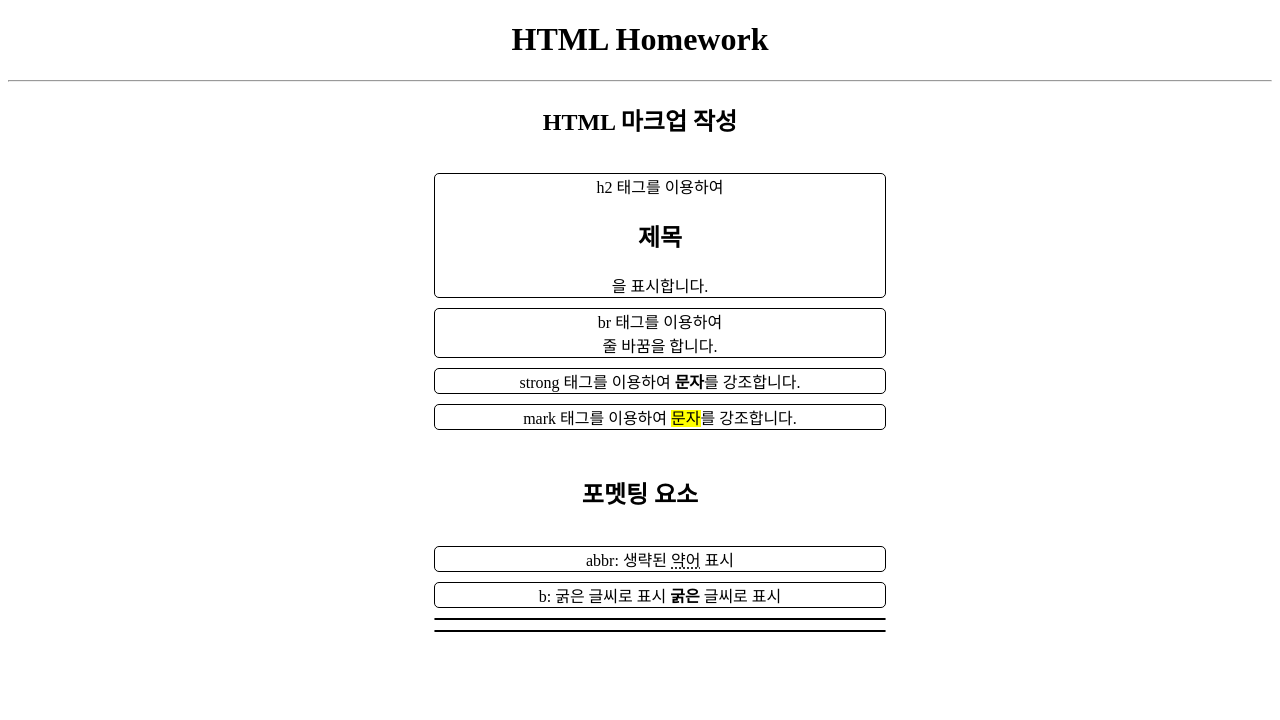
Repository: Cheol-Cheol/KOSA
Page: Kcc_web/Html/WebContent/mission/homework.html
The author's editor kept a copy of each file at every save. The page is drawn from the files as they stood at one save, then again after the next save.
The browser window is 1280 px wide. The pictures show the whole page.

Above is the page before, as saved 2024-07-08 10:51:51.

After the next save:
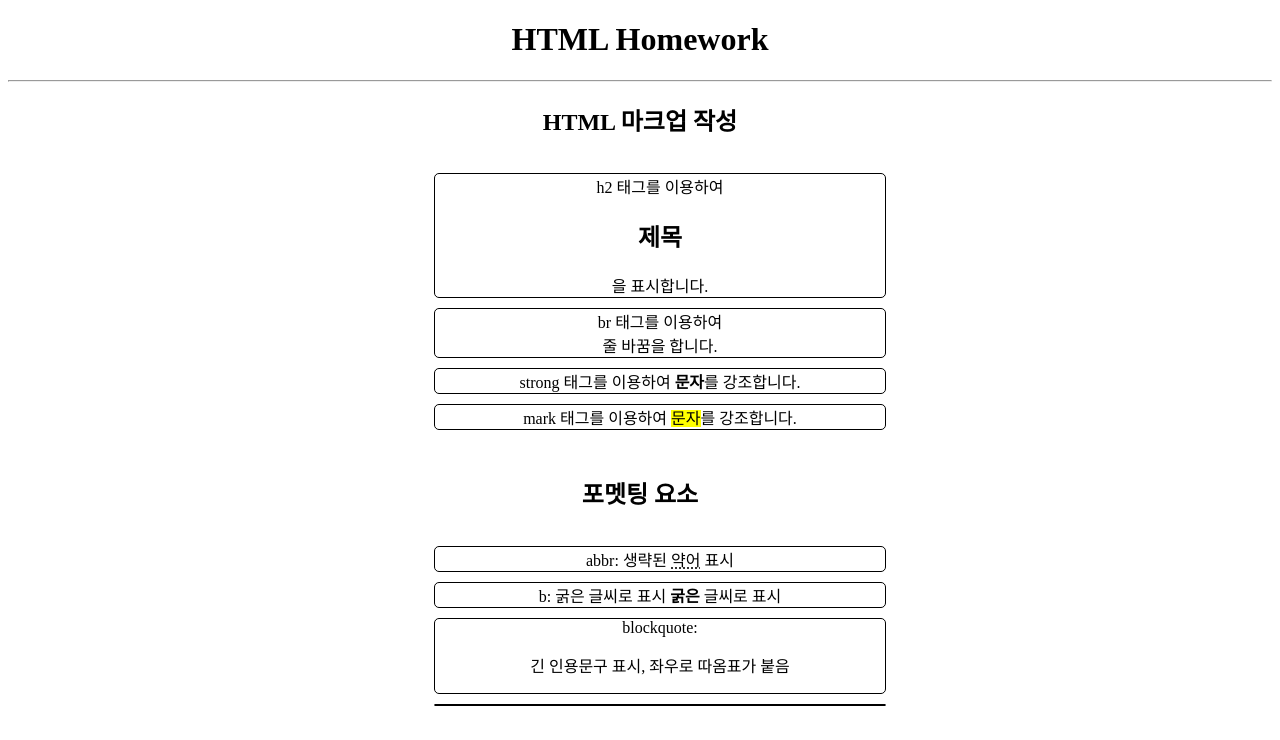
Saved 48 s later.
--- a/Kcc_web/Html/WebContent/mission/homework.html
+++ b/Kcc_web/Html/WebContent/mission/homework.html
@@ -56,7 +56,9 @@ li {
 				</li>
 				<li>b: 굵은 글씨로 표시 <b>굵은</b> 글씨로 표시
 				</li>
-				<li></li>
+				<li>blockquote:
+					<blockquote>긴 인용문구 표시, 좌우로 따옴표가 붙음</blockquote>
+				</li>
 				<li></li>
 			</ul>
 		</div>
